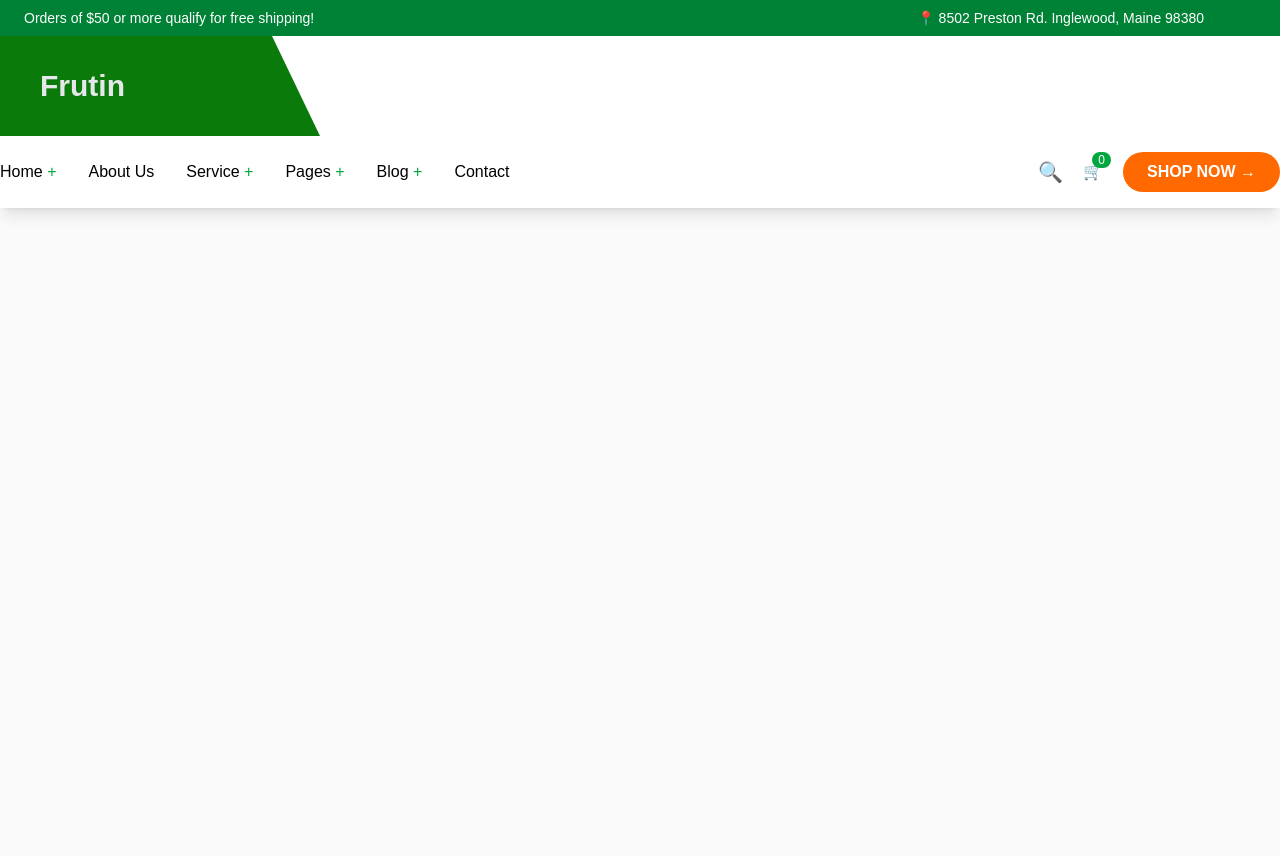
Repository: sawon687/Ass-scic-9-Ecomerce-Project
Page: /
These files come from the project's save history. The page is drawn as it stood at one moment and after a run of saves; the edit follows.
The browser window is 1280 px wide. The pictures show the whole page.
The project was rebuilt for these pictures with package versions that can differ from the ones it lists, and the page was loaded fresh each time. The framework's server and built-in components were replaced by stand-ins that run in the browser. Also part of the build but not shown: next.config.mjs.

Above is the page before, as saved 2026-01-13 23:04:22.

After the next 2 saves:
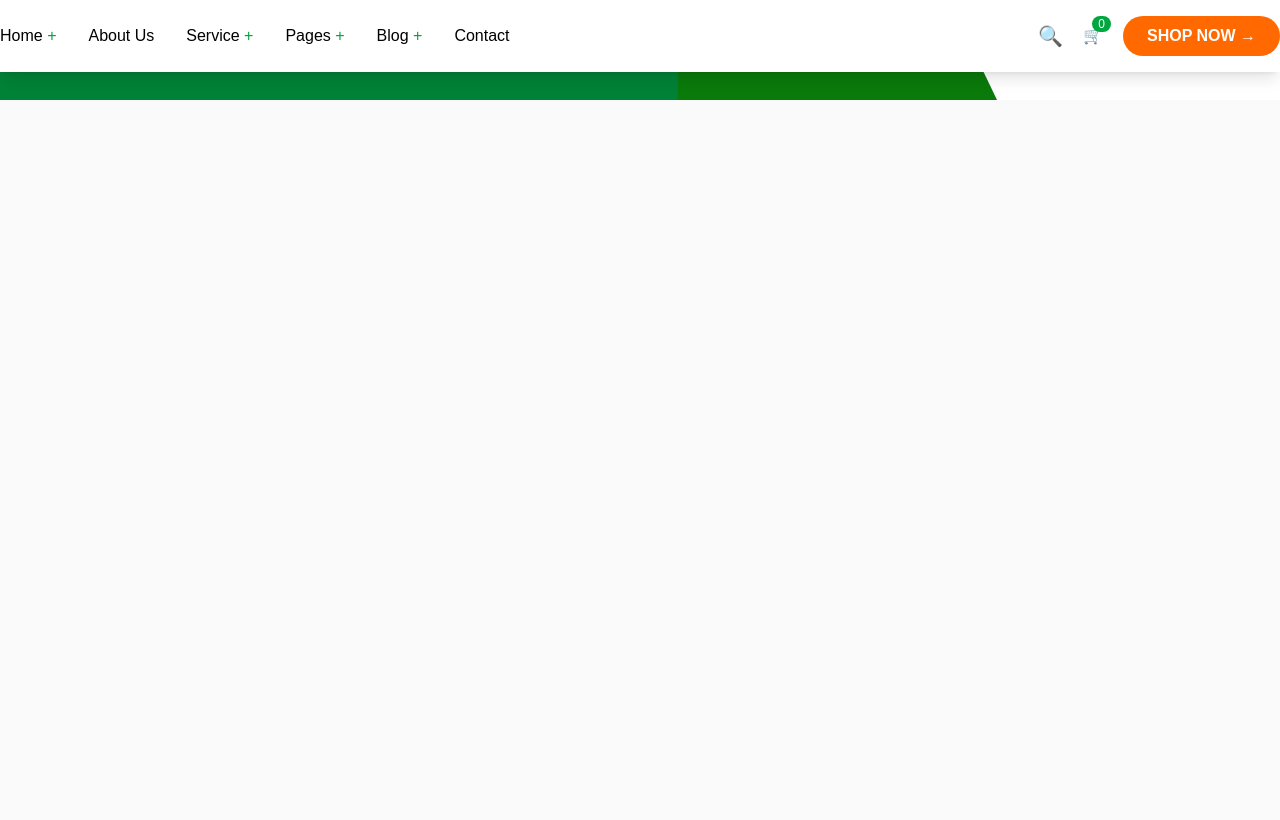
The 2 saves are shown as one change because they came seconds apart.
The last was saved 15 s later.
--- a/src/app/Components/Navbar/Navbar.jsx
+++ b/src/app/Components/Navbar/Navbar.jsx
@@ -2,7 +2,7 @@
 
 const Navbar = () => {
     return (
-        <div className=''>
+        <div className='flex'>
            {/* <!-- TOP INFO BAR --> */}
 <div class="bg-green-700 text-white text-sm">
   <div class="max-w-7xl mx-auto flex justify-between items-center px-6 py-2">

After the save that followed:
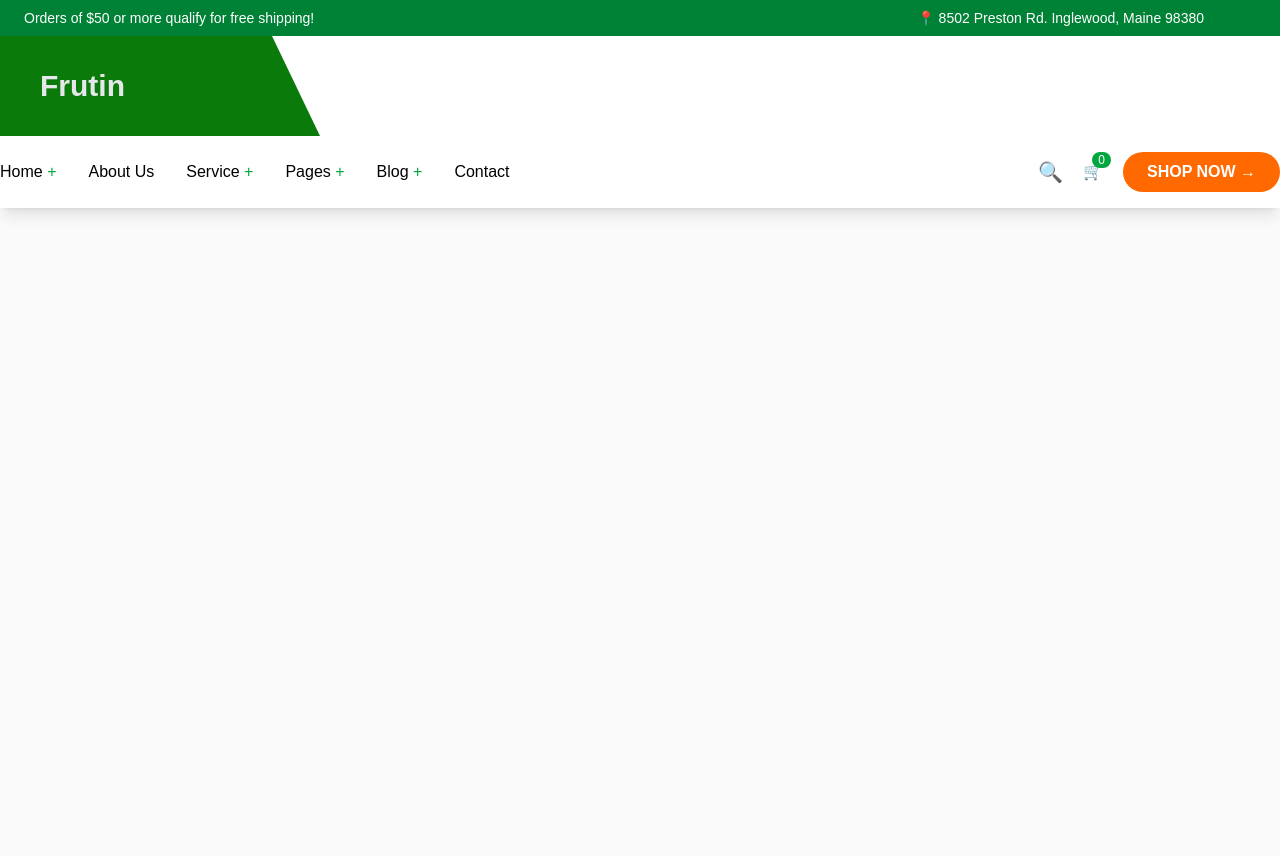
Saved 34 s later.
--- a/src/app/Components/Navbar/Navbar.jsx
+++ b/src/app/Components/Navbar/Navbar.jsx
@@ -2,7 +2,7 @@
 
 const Navbar = () => {
     return (
-        <div className='flex'>
+        <div className=''>
            {/* <!-- TOP INFO BAR --> */}
 <div class="bg-green-700 text-white text-sm">
   <div class="max-w-7xl mx-auto flex justify-between items-center px-6 py-2">
